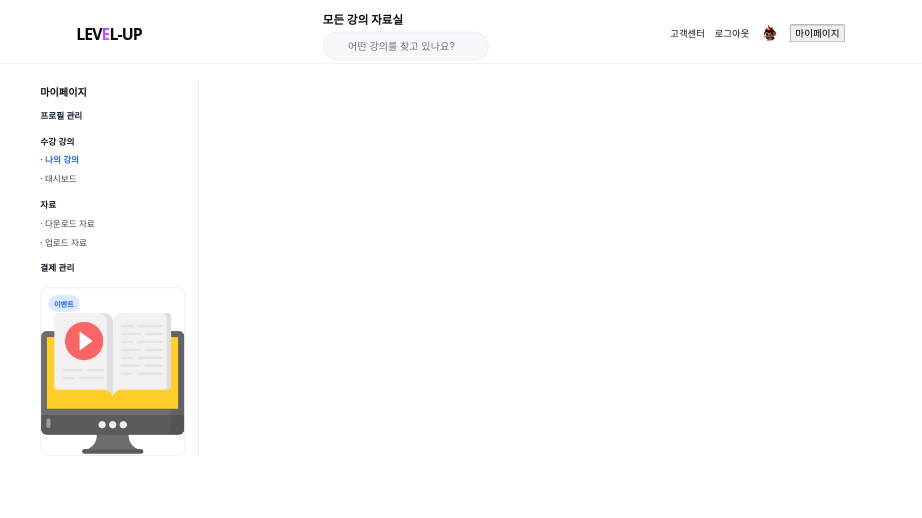
Repository: Iimchaehoon/level_up
Page: mypage.html
An editor plug-in stored every save of this project. The page is shown before and after the next save, followed by the edit.
The browser window is 1280 px wide. The pictures show the whole page, at 72% of full size.

Above is the page before, as saved 2025-12-13 21:39:02.

After the next save:
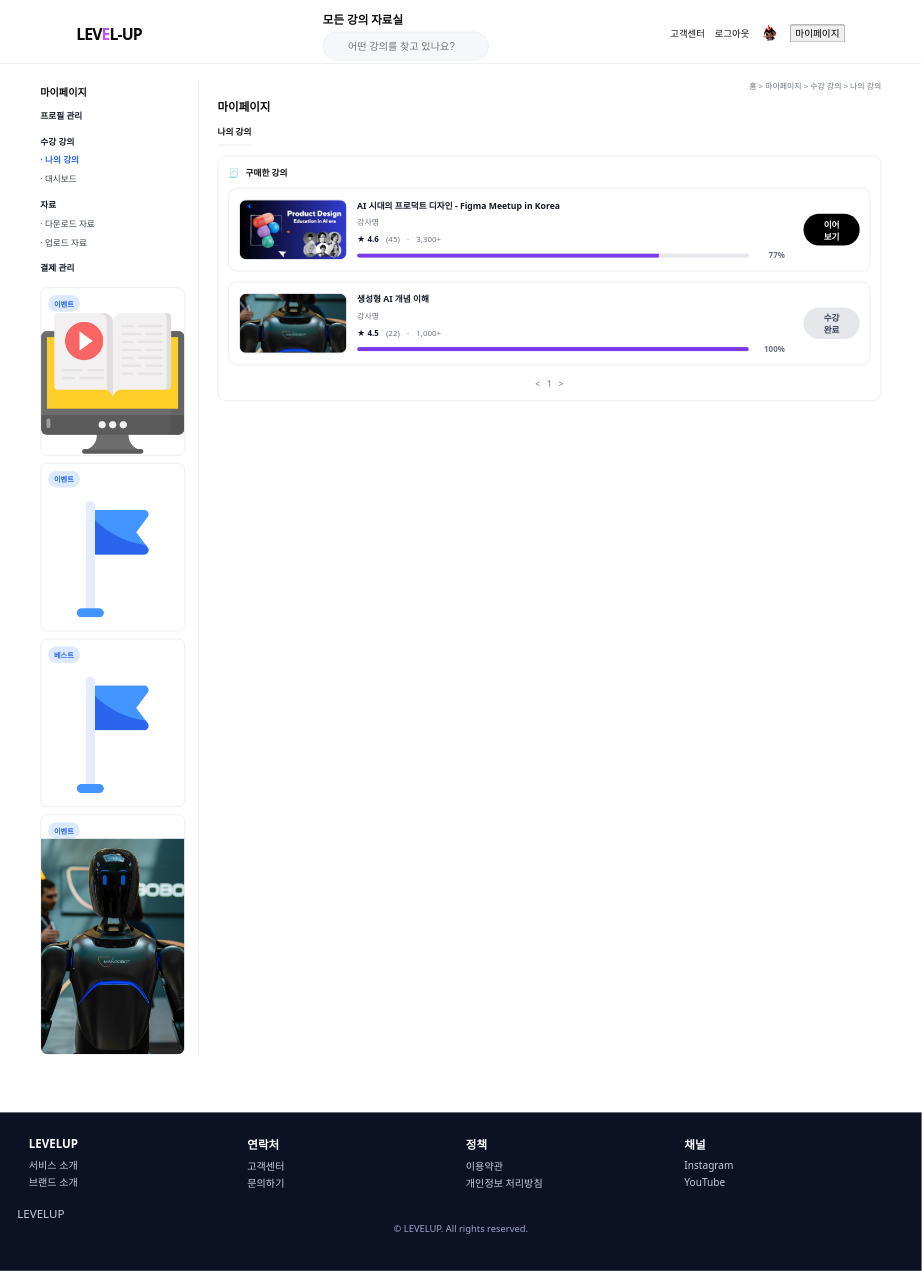
Saved 2 min 29 s later.
--- a/mypage.html
+++ b/mypage.html
@@ -327,4 +327,142 @@
         <div class="evt">
           <span class="evt__badge">이벤트</span>
           <img src="./my/image 16.png" alt="이벤트 카드 1" />
-        </d
+        </div>
+        <div class="evt">
+          <span class="evt__badge">이벤트</span>
+          <img src="./my/image 1810_1.png" alt="이벤트 카드 2" />
+        </div>
+        <div class="evt">
+          <span class="evt__badge">베스트</span>
+          <img src="./my/image 1810.png" alt="이벤트 카드 3" />
+        </div>
+        <div class="evt">
+          <span class="evt__badge">이벤트</span>
+          <img src="./my/생성형 AI 개념 이해.png" alt="이벤트 카드 4" />
+        </div>
+      </div>
+    </aside>
+
+    <!-- 메인 콘텐츠 -->
+    <section class="main">
+      <div class="main__crumb">홈 &gt; 마이페이지 &gt; 수강 강의 &gt; 나의 강의</div>
+
+      <div class="main__title">마이페이지</div>
+      <div class="tab-title">나의 강의</div>
+
+      <div class="block">
+        <div class="block__head">
+          <span class="mini-ico" aria-hidden="true">🧾</span>
+          구매한 강의
+        </div>
+
+        <div class="course-list">
+          <!-- 카드 1 -->
+          <div class="course-card">
+            <div class="course-thumb">
+              <img src="./my/334312.gif.mp4.png" alt="강의 썸네일" />
+            </div>
+
+            <div class="course-info">
+              <p class="course-name">AI 시대의 프로덕트 디자인 - Figma Meetup in Korea</p>
+              <p class="teacher">강사명</p>
+
+              <div class="meta-row">
+                <span class="stars">★ 4.6</span>
+                <span>(45)</span>
+                <span>·</span>
+                <span>3,300+</span>
+              </div>
+
+              <div class="progress-row">
+                <div class="progress"><span style="width:77%"></span></div>
+                <div class="pct">77%</div>
+              </div>
+            </div>
+
+            <div class="course-action">
+              <button class="btn-action black" type="button">이어<br/>보기</button>
+            </div>
+          </div>
+
+          <!-- 카드 2 -->
+          <div class="course-card">
+            <div class="course-thumb">
+              <img src="./my/생성형 AI 개념 이해.png" alt="강의 썸네일" />
+            </div>
+
+            <div class="course-info">
+              <p class="course-name">생성형 AI 개념 이해</p>
+              <p class="teacher">강사명</p>
+
+              <div class="meta-row">
+                <span class="stars">★ 4.5</span>
+                <span>(22)</span>
+                <span>·</span>
+                <span>1,000+</span>
+              </div>
+
+              <div class="progress-row">
+                <div class="progress"><span style="width:100%"></span></div>
+                <div class="pct">100%</div>
+              </div>
+            </div>
+
+            <div class="course-action">
+              <button class="btn-action gray" type="button">수강<br/>완료</button>
+            </div>
+          </div>
+        </div>
+
+        <div class="pager">&lt; &nbsp; 1 &nbsp; &gt;</div>
+      </div>
+    </section>
+  </main>
+
+  <!-- ✅ 푸터도 기존 다른 HTML의 footer 컴포넌트 그대로 사용(index.html footer 구조) -->
+  <footer class="footer">
+    <div class="footer__links">
+      <div class="footer__col">
+        <h4>LEVELUP</h4>
+        <a href="#">서비스 소개</a>
+        <a href="#">브랜드 소개</a>
+      </div>
+
+      <div class="footer__col">
+        <h4>연락처</h4>
+        <a href="#">고객센터</a>
+        <a href="#">문의하기</a>
+      </div>
+
+      <div class="footer__col">
+        <h4>정책</h4>
+        <a href="#">이용약관</a>
+        <a href="#">개인정보 처리방침</a>
+      </div>
+
+      <div class="footer__col">
+        <h4>채널</h4>
+        <a href="#">Instagram</a>
+        <a href="#">YouTube</a>
+      </div>
+    </div>
+
+    <div class="footer__bottom">
+      <div class="footer__brand">LEVELUP</div>
+      <div class="footer__copy">© LEVELUP. All rights reserved.</div>
+    </div>
+  </footer>
+
+  <script>
+    // 로고 → 메인
+    document.getElementById("brandLogo")?.addEventListener("click", () => {
+      window.location.href = "index.html";
+    });
+
+    // ✅ 마이페이지 버튼은 어떤 페이지든 mypage.html로 이동(이 페이지에서도 동일)
+    document.getElementById("goMypageBtn")?.addEventListener("click", () => {
+      window.location.href = "mypage.html";
+    });
+  </script>
+</body>
+</html>
